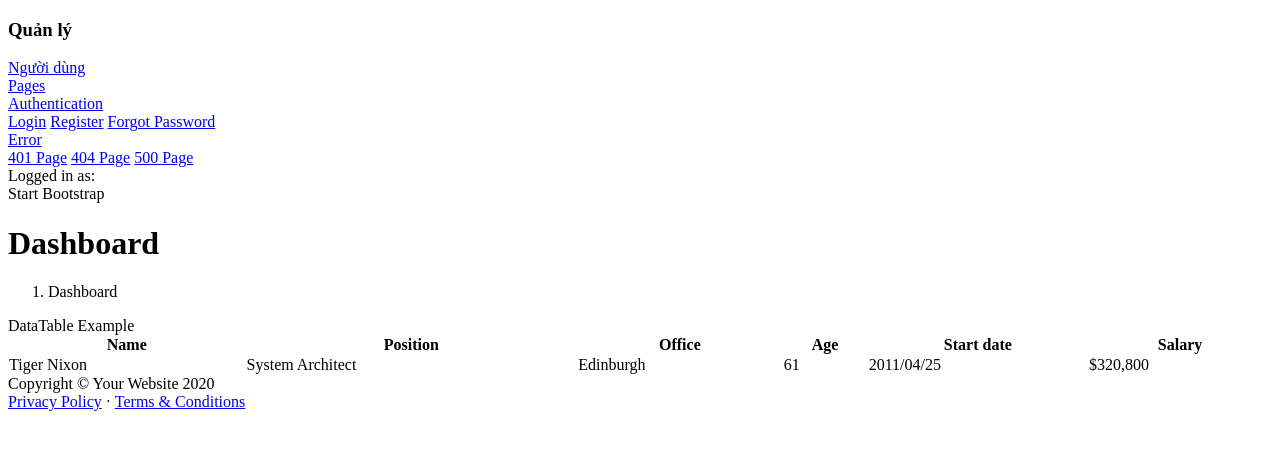
Repository: tampkqn123/springmvc-news
Page: http://localhost/web-news-springmvc/WEB-INF/views/admin/home.jsp
The author's editor kept a copy of each file at every save. The page is drawn from the files as they stood at one save, then again after the next save.
The browser window is 1280 px wide. The pictures show the whole page.
The page is served by Tomcat 9. Nobody is signed in. Other server files are loaded and not shown. The template is opened directly, without the code that normally fills it, so the values that code supplies are empty.

Above is the page before, as saved 2020-09-10 04:59:37.

### web-news-springmvc/src/main/webapp/WEB-INF/views/admin/home.jsp
<%@ page language="java" contentType="text/html; charset=UTF-8"
	pageEncoding="UTF-8"%>
<!DOCTYPE html>
<html>
<head>
<meta charset="UTF-8">
<title>Insert title here</title>
</head>
<body>
	<div id="layoutSidenav">
		<div id="layoutSidenav_nav">
			<nav class="sb-sidenav accordion sb-sidenav-dark"
				id="sidenavAccordion">
				<div class="sb-sidenav-menu">
					<div class="nav">
						<h3><div class="sb-sidenav-menu-heading">Quản lý</div></h3>
						<a class="nav-link collapsed" href="#">
							Người dùng

						<a class="nav-link collapsed" href="#" data-toggle="collapse"
							data-target="#collapsePages" aria-expanded="false"
							aria-controls="collapsePages">
							<div class="sb-nav-link-icon">
								<i class="fas fa-book-open"></i>
							</div> Pages
							<div class="sb-sidenav-collapse-arrow">
								<i class="fas fa-angle-down"></i>
							</div>
						</a>
						<div class="collapse" id="collapsePages"
							aria-labelledby="headingTwo" data-parent="#sidenavAccordion">
							<nav class="sb-sidenav-menu-nested nav accordion"
								id="sidenavAccordionPages">
								<a class="nav-link collapsed" href="#" data-toggle="collapse"
									data-target="#pagesCollapseAuth" aria-expanded="false"
									aria-controls="pagesCollapseAuth"> Authentication
									<div class="sb-sidenav-collapse-arrow">
										<i class="fas fa-angle-down"></i>
									</div>
								</a>
								<div class="collapse" id="pagesCollapseAuth"
									aria-labelledby="headingOne"
									data-parent="#sidenavAccordionPages">
									<nav class="sb-sidenav-menu-nested nav">
										<a class="nav-link" href="login.html">Login</a> <a
											class="nav-link" href="register.html">Register</a> <a
											class="nav-link" href="password.html">Forgot Password</a>
									</nav>
								</div>
								<a class="nav-link collapsed" href="#" data-toggle="collapse"
									data-target="#pagesCollapseError" aria-expanded="false"
									aria-controls="pagesCollapseError"> Error
									<div class="sb-sidenav-collapse-arrow">
										<i class="fas fa-angle-down"></i>
									</div>
								</a>
								<div class="collapse" id="pagesCollapseError"
									aria-labelledby="headingOne"
									data-parent="#sidenavAccordionPages">
									<nav class="sb-sidenav-menu-nested nav">
										<a class="nav-link" href="401.html">401 Page</a> <a
											class="nav-link" href="404.html">404 Page</a> <a
											class="nav-link" href="500.html">500 Page</a>
									</nav>
								</div>
							</nav>
						</div>
					</div>
				</div>
				<div class="sb-sidenav-footer">
					<div class="small">Logged in as:</div>
					Start Bootstrap
				</div>
			</nav>
		</div>
		<div id="layoutSidenav_content">
			<main>
				<div class="container-fluid">
					<h1 class="mt-4">Dashboard</h1>
					<ol class="breadcrumb mb-4">
						<li class="breadcrumb-item active">Dashboard</li>
					</ol>

					<div class="card mb-4">
						<div class="card-header">
							<i class="fas fa-table mr-1"></i> DataTable Example
						</div>
						<div class="card-body">
							<div class="table-responsive">
								<table class="table table-bordered" id="dataTable" width="100%"
									cellspacing="0">

									<tr>
										<th>Name</th>
										<th>Position</th>
										<th>Office</th>
										<th>Age</th>
										<th>Start date</th>
										<th>Salary</th>
									</tr>



									<tr>
										<td>Tiger Nixon</td>
										<td>System Architect</td>
										<td>Edinburgh</td>
										<td>61</td>
										<td>2011/04/25</td>
										<td>$320,800</td>
									</tr>


								</table>
							</div>
						</div>
					</div>
				</div>
			</main>
			<footer class="py-4 bg-light mt-auto">
				<div class="container-fluid">
					<div
						class="d-flex align-items-center justify-content-between small">
						<div class="text-muted">Copyright &copy; Your Website 2020</div>
						<div>
							<a href="#">Privacy Policy</a> &middot; <a href="#">Terms
								&amp; Conditions</a>
						</div>
					</div>
				</div>
			</footer>

		</div>
	</div>
</body>
</html>

After the next save:
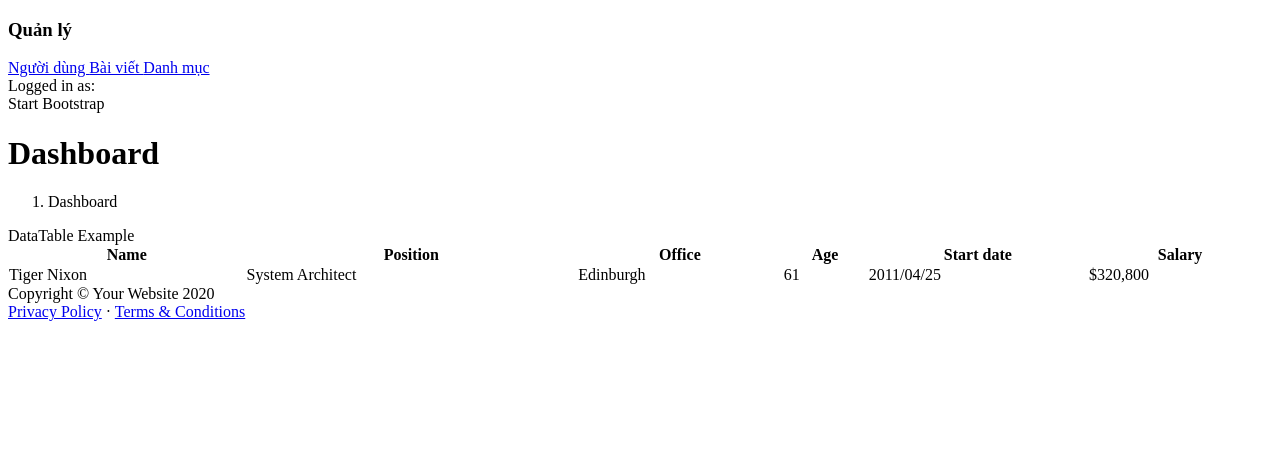
Saved 2 min 6 s later.
--- a/web-news-springmvc/src/main/webapp/WEB-INF/views/admin/home.jsp
+++ b/web-news-springmvc/src/main/webapp/WEB-INF/views/admin/home.jsp
@@ -16,55 +16,14 @@
 						<h3><div class="sb-sidenav-menu-heading">Quản lý</div></h3>
 						<a class="nav-link collapsed" href="#">
 							Người dùng
+						</a>
+						<a class="nav-link collapsed" href="#">
+							Bài viết
+						</a>
+						<a class="nav-link collapsed" href="#">
+							Danh mục
+						</a>
 
-						<a class="nav-link collapsed" href="#" data-toggle="collapse"
-							data-target="#collapsePages" aria-expanded="false"
-							aria-controls="collapsePages">
-							<div class="sb-nav-link-icon">
-								<i class="fas fa-book-open"></i>
-							</div> Pages
-							<div class="sb-sidenav-collapse-arrow">
-								<i class="fas fa-angle-down"></i>
-							</div>
-						</a>
-						<div class="collapse" id="collapsePages"
-							aria-labelledby="headingTwo" data-parent="#sidenavAccordion">
-							<nav class="sb-sidenav-menu-nested nav accordion"
-								id="sidenavAccordionPages">
-								<a class="nav-link collapsed" href="#" data-toggle="collapse"
-									data-target="#pagesCollapseAuth" aria-expanded="false"
-									aria-controls="pagesCollapseAuth"> Authentication
-									<div class="sb-sidenav-collapse-arrow">
-										<i class="fas fa-angle-down"></i>
-									</div>
-								</a>
-								<div class="collapse" id="pagesCollapseAuth"
-									aria-labelledby="headingOne"
-									data-parent="#sidenavAccordionPages">
-									<nav class="sb-sidenav-menu-nested nav">
-										<a class="nav-link" href="login.html">Login</a> <a
-											class="nav-link" href="register.html">Register</a> <a
-											class="nav-link" href="password.html">Forgot Password</a>
-									</nav>
-								</div>
-								<a class="nav-link collapsed" href="#" data-toggle="collapse"
-									data-target="#pagesCollapseError" aria-expanded="false"
-									aria-controls="pagesCollapseError"> Error
-									<div class="sb-sidenav-collapse-arrow">
-										<i class="fas fa-angle-down"></i>
-									</div>
-								</a>
-								<div class="collapse" id="pagesCollapseError"
-									aria-labelledby="headingOne"
-									data-parent="#sidenavAccordionPages">
-									<nav class="sb-sidenav-menu-nested nav">
-										<a class="nav-link" href="401.html">401 Page</a> <a
-											class="nav-link" href="404.html">404 Page</a> <a
-											class="nav-link" href="500.html">500 Page</a>
-									</nav>
-								</div>
-							</nav>
-						</div>
 					</div>
 				</div>
 				<div class="sb-sidenav-footer">
